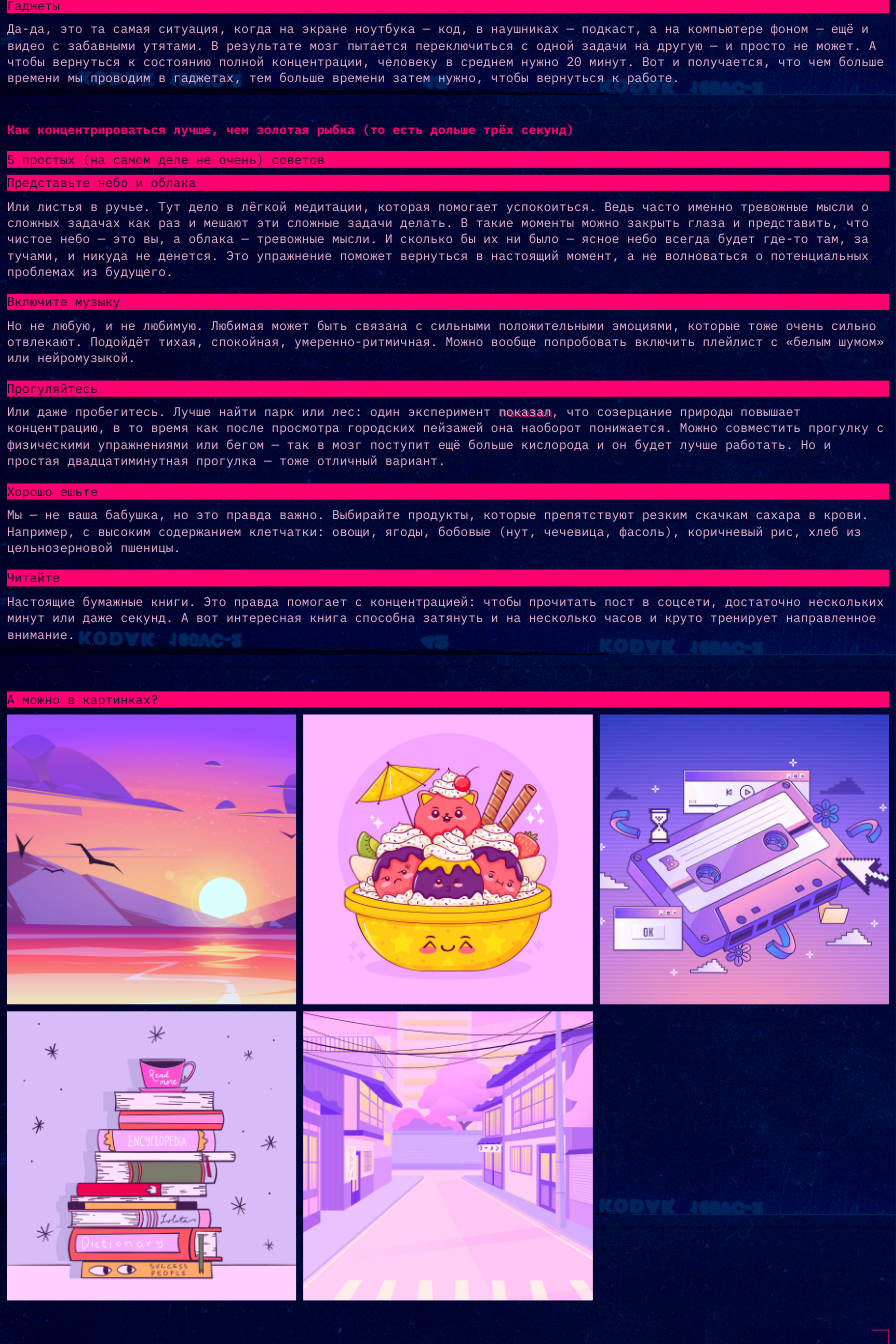
Repository: NikWolf75/slozhno-sosredotochitsya-fd
Page: index.html
These files come from the project's save history. The page is drawn as it stood at one moment and after a run of saves; the edit follows.
The browser window is 1280 px wide. The pictures show the part of the page from y = 1464 to 3384 px (the page is 4074 px tall before and 4094 px after), at 70% of full size.
Backgrounds fixed to the window are drawn as part of the page.

Above is the page before, as saved 2025-02-27 12:00:12.

After the next 2 saves:
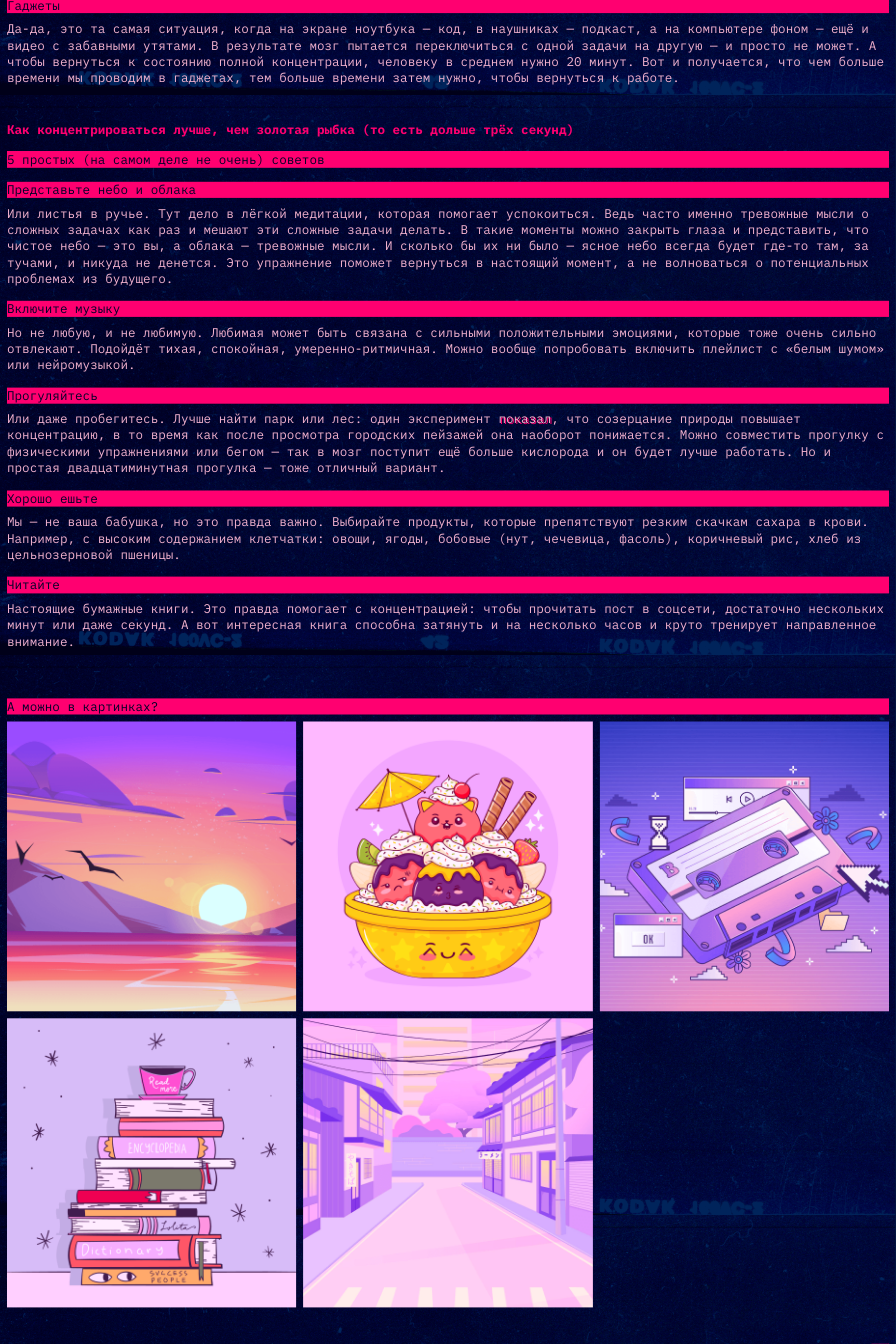
The 2 saves are shown as one change because they came seconds apart.
The last was saved 7 s later.
--- a/styles/style.css
+++ b/styles/style.css
@@ -184,7 +184,6 @@
 .content__how,
 .content__section-text_block-undertitle {
   font-weight: 400;
-  margin-bottom: 10px;
 }
 
 .content__gallery {
@@ -196,6 +195,7 @@ gap: 0;
   grid-template-columns: repeat(auto-fill, minmax(355px, 1fr));
   gap: 10px;
   inline-size: 100%;
+  margin-bottom: 10px;
 }
 
 .content__section-image {
